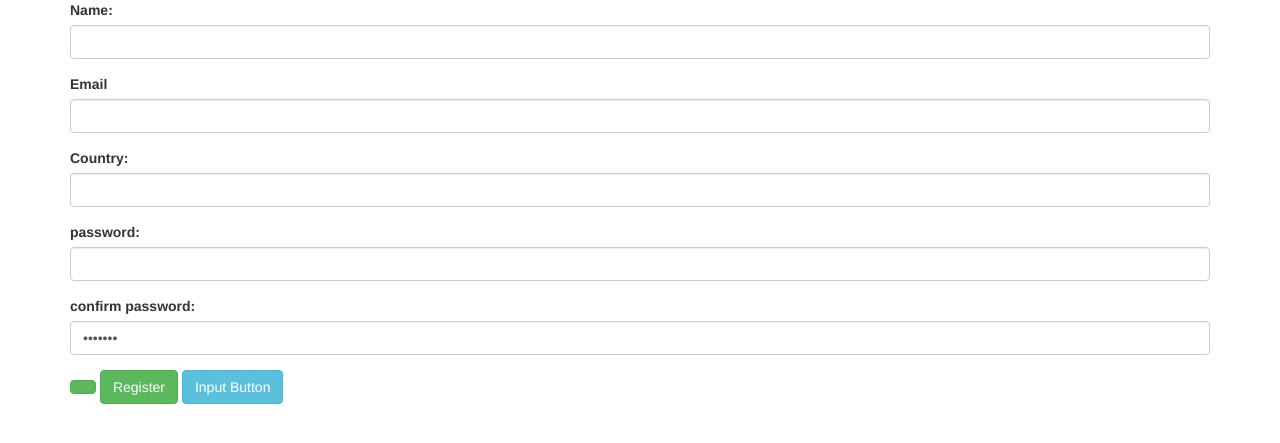
Repository: suvarsha/cognizant-projects
Page: BootStramp1/WebContent/register.html
The author's editor kept a copy of each file at every save. The page is drawn from the files as they stood at one save, then again after the next save.
The browser window is 1280 px wide. The pictures show the whole page.

Above is the page before, as saved 2020-01-20 04:40:41.

After the next save:
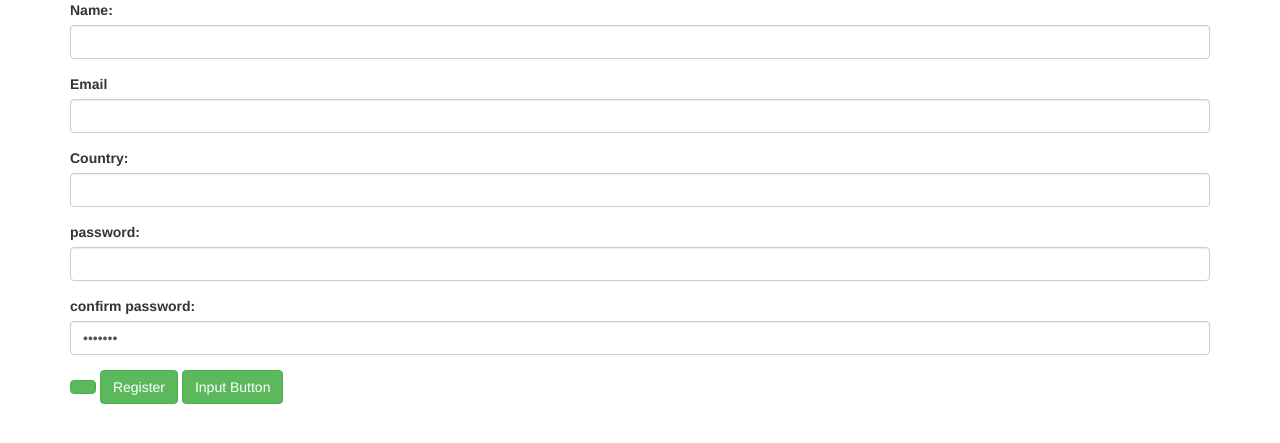
Saved 17 s later.
--- a/BootStramp1/WebContent/register.html
+++ b/BootStramp1/WebContent/register.html
@@ -34,7 +34,7 @@
     </div>
     <a href ="login.html" class="btn btn-success" role="button"></a>
     <button type="button" class="btn btn-success">Register</button>
-    <input type="button" class="btn btn-info" value="Input Button">
+    <input type="button" class="btn btn-success" value="Input Button">
   </form>
 </div>
 </body>
